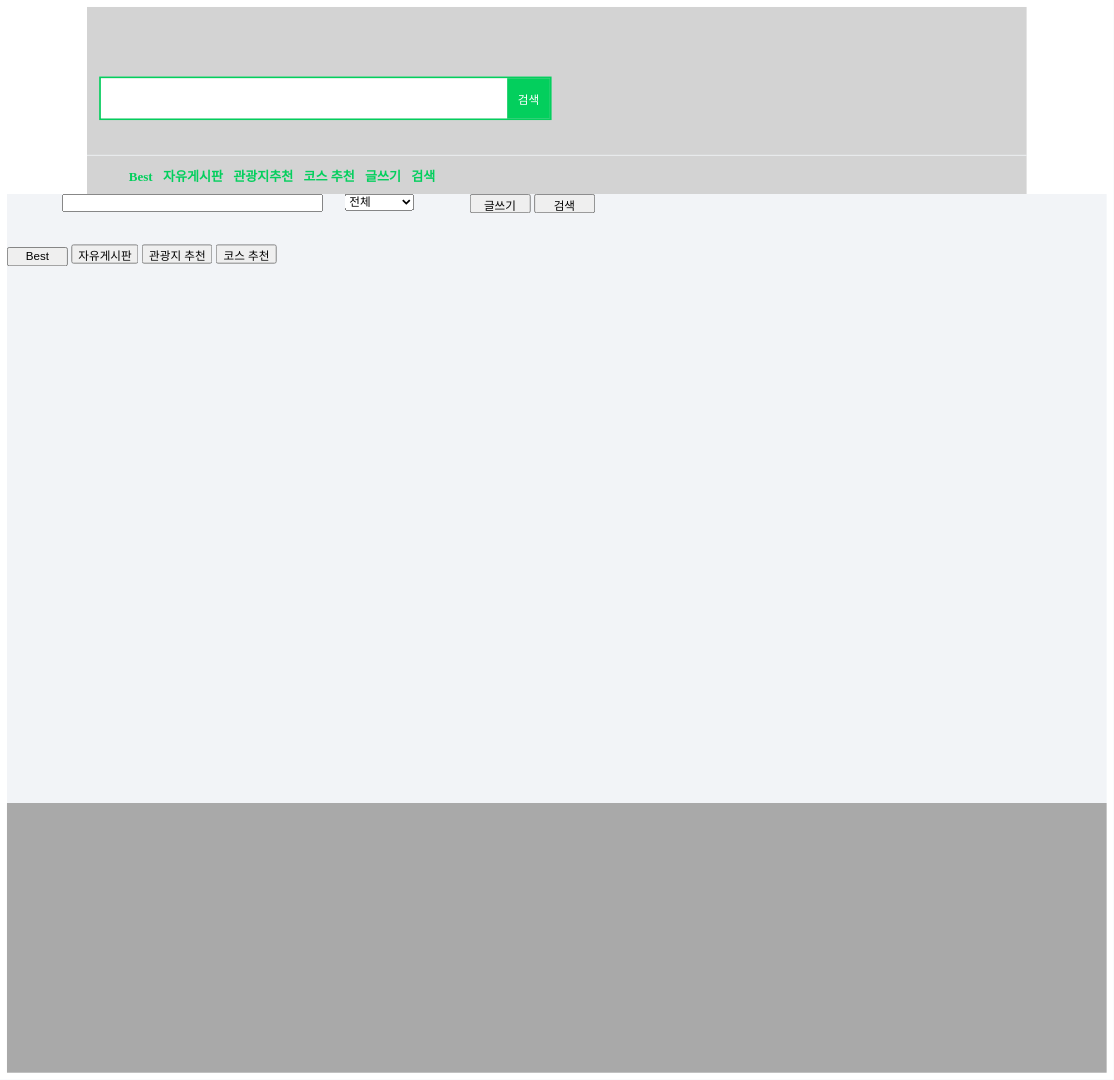
Repository: HJCroCat/project4
Page: http://localhost/koravle/boardMain.jsp
These files come from the project's save history. The page is drawn as it stood at one moment and after the next save; the edit follows.
The browser window is 1280 px wide. The pictures show the whole page, at 87% of full size.
The page is served by Tomcat 9. Nobody is signed in. The application's start-up code is not run.

Above is the page before, as saved 2021-12-10 10:16:07.

After the next save:
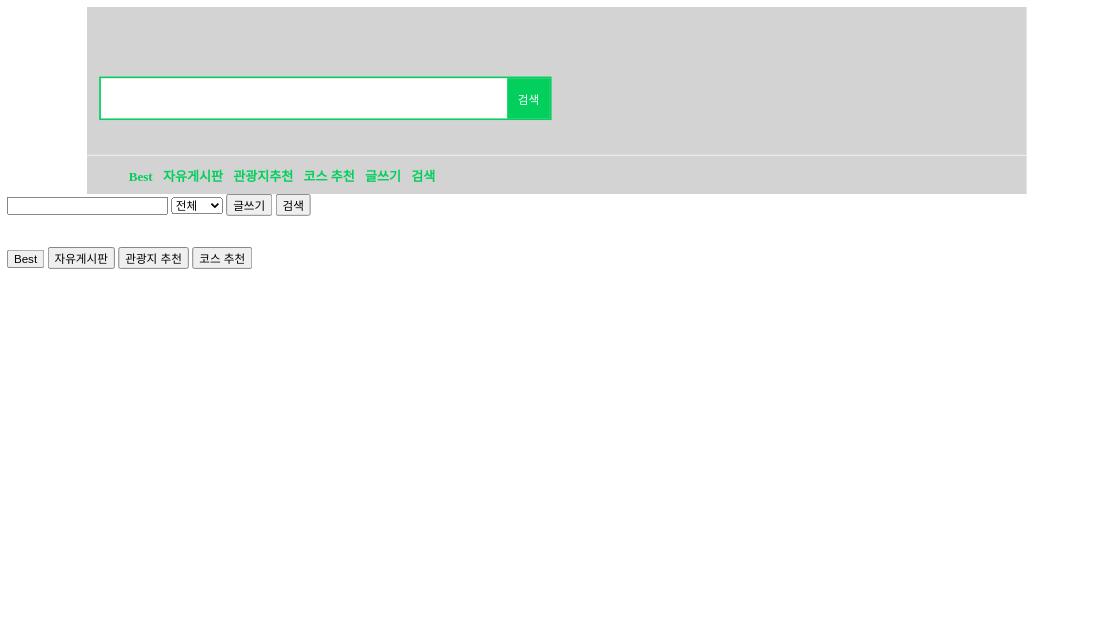
Saved 30 s later.
--- a/koravle/koravle/src/main/webapp/resources/style/stylecss.css
+++ b/koravle/koravle/src/main/webapp/resources/style/stylecss.css
@@ -103,42 +103,8 @@ fieldset {
     text-decoration: none;
     cursor: pointer;
   }
-  main {
-    background: #f2f4f7;
-    min-height: 700px;
-  }
-  footer {
-    background: darkgray;
-    height: 310px;
-  }
+
   /* 재사용 클래스 */
   .color_naver {
     color: #03cf5d;
   }
-
-
-
-.boardHeader{
-	height:80px;
-}
-
-.btn{
-	max-width:100px;
-	min-width:70px;
-	height: 22px;
-}
-
-#searchWord{
-	float: left;
-	width: 35%;
-	margin-left:5%;
-	margin-right:2%;
-	max-width:300px;
-}
-
-#selectSearch{
-	float: left;
-	width: 10%;
-	margin-right:5%;
-	max-width:80px;
-}
